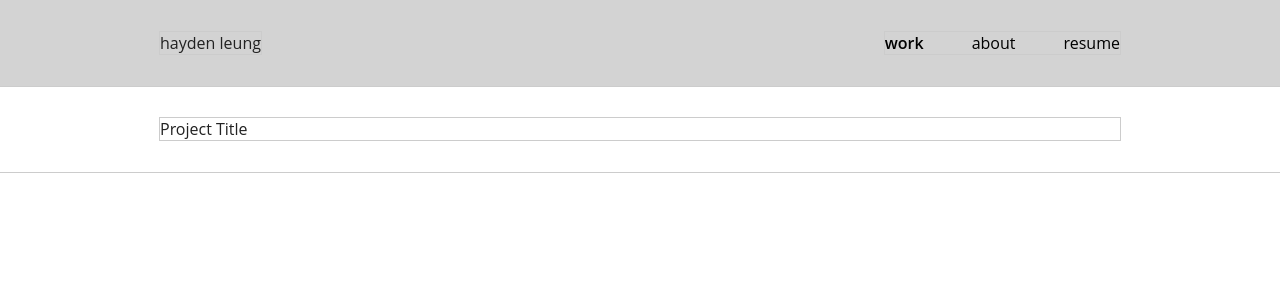
Repository: Haydenleung/Artifact
Page: /
The author's editor kept a copy of each file at every save. The page is drawn from the files as they stood at one save, then again after the next save.
The browser window is 1280 px wide. The pictures show the whole page.
The project was rebuilt for these pictures with package versions that can differ from the ones it lists, and the page was loaded fresh each time. The framework's server and built-in components were replaced by stand-ins that run in the browser. Also part of the build but not shown: next.config.mjs.

Above is the page before, as saved 2024-01-28 22:39:33.

### src/pages/index.tsx
import Image from "next/image";
import Navbar from "@/components/Navbar";
import CaseStudy from "@/components/CaseStudy";

export default function Home() {
  return (
    <main className={"page"}>
      <Navbar />
      <div className={"caseStudy"}>
        <CaseStudy />
      </div>
    </main>
  )
}

### src/styles/globals.css
/* ==========================================================================
    [Table of contents]

    1. BASE
        1.1 Page Rendering Defaults
        1.2 Core Styling
        1.3 Typography
    2. LAYOUT
        2.1 Core Layout
        2.2 Small only
        2.3 medium and up
        2.4 Medium only
        2.5 large screens and up
    3. UTILITY classes
    4. PRINT

    ========================================================================== */

/* ==========================================================================
   BASE
   ========================================================================== */

/* 1.1 Page Rendering Defaults */

html {
  color: #222;
  font-size: 1em;
}

::-moz-selection {
  background: #b3d4fc;
  text-shadow: none;
}

::selection {
  background: #b3d4fc;
  text-shadow: none;
}

audio,
canvas,
iframe,
i,
img,
svg,
video {
  vertical-align: middle;
}

fieldset {
  border: 0;
  margin: 0;
  padding: 0;
}

textarea {
  resize: vertical;
}

/* 1.2 Core Styling */

/* refer to https://css-tricks.com/box-sizing/ */

*,
*:before,
*:after {
  box-sizing: border-box;
}

img {
  width: 100%;
}

/* 1.3 Typgraphy */

@import url('https://fonts.googleapis.com/css2?family=Open+Sans:ital,wght@0,300;0,400;0,500;0,600;0,700;0,800;1,300;1,400;1,500;1,600;1,700;1,800&display=swap');

h1,
h2,
h3,
h4,
h5,
h6 {
  font-weight: 400;
  text-align: center;
  margin: 0;
}

h1 {
  font-size: 24pt;
  font-weight: 200;
}

h2 {
  font-size: 16pt;
}

h4 {
  font-size: 9pt;
}

h5 {
  font-size: 8pt;
}

* {
  font-family: 'Open Sans', sans-serif;
}


/* ==========================================================================
 2. LAYOUT
 ========================================================================== */

/* Helper to display empty layout containers*/

div,
main,
section,
footer,
header {
  outline: 1px solid #ccc;
}

body {
  padding: 0;
  margin: 0;
}

/* 2.1 Core layout */

.row {
  display: grid;
  row-gap: 1rem;
}

.col {
  position: relative;
}

.page {
  display: flex;
  flex-direction: column;
  justify-content: center;
  align-items: center;
}

.caseStudy {
  width: 100%;
  padding: 2rem 10rem;
}

/* Navbar */

/* 2.2 Small only */

@media screen and (max-width: 39.9375em) {}

/* 2.3 medium and up */

@media screen and (min-width: 40em) {}

/* 2.4 Medium only */

@media screen and (min-width: 40em) and (max-width: 63.9375em) {}

/* 2.5 large screens and up 2.6 Large only */

/* @media screen and (min-width: 64em) {

} */

### src/components/Navbar/index.tsx
import styles from './navbar.module.css'
import Image from 'next/image'
import Link from 'next/link'
import { useState } from 'react'

export default function Navbar() {

    const [isPage, setIsPage] = useState("Work");

    return (
        <div className={styles.container}>
            <div className={styles.logo}>hayden leung</div>
            <div className={styles.pages}>
                <Link href="/" className={isPage === "Work" ? styles.bold : styles.normal}>work</Link>
                <Link href="/" className={isPage === "about" ? styles.bold : styles.normal}>about</Link>
                <Link href="/" className={isPage === "resume" ? styles.bold : styles.normal}>resume</Link>
            </div>
        </div>
    )
}

### src/components/CaseStudy/index.tsx
export default function CaseStudy() {
    return (
        <div>
            Project Title
        </div>
    )
}

### src/components/Navbar/navbar.module.css
.container {
    background-color: lightgrey;
    padding: 0.5rem;
    width: 100%;
    padding: 2rem 10rem;
    display: flex;
    flex-direction: row;
    justify-content: space-between;
    position: sticky;
    min-height: 44px;
}

.logo {}

.pages {
    display: flex;
    flex-direction: row;
    gap: 3rem;
}

.bold {
    font-weight: 600;
    color: black;
    text-decoration: none;
}

.normal {
    color: black;
    text-decoration: none;
}

Loaded but not shown: src/pages/_app.tsx (common file); src/pages/_document.tsx (common file)

After the next save:
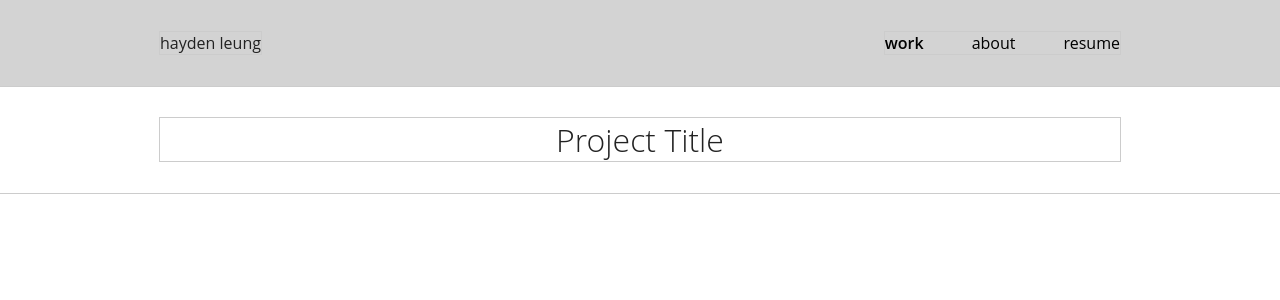
Saved 34 s later.
--- a/src/components/CaseStudy/index.tsx
+++ b/src/components/CaseStudy/index.tsx
@@ -1,7 +1,7 @@
 export default function CaseStudy() {
     return (
         <div>
-            Project Title
+            <h1>Project Title</h1>
         </div>
     )
 }
